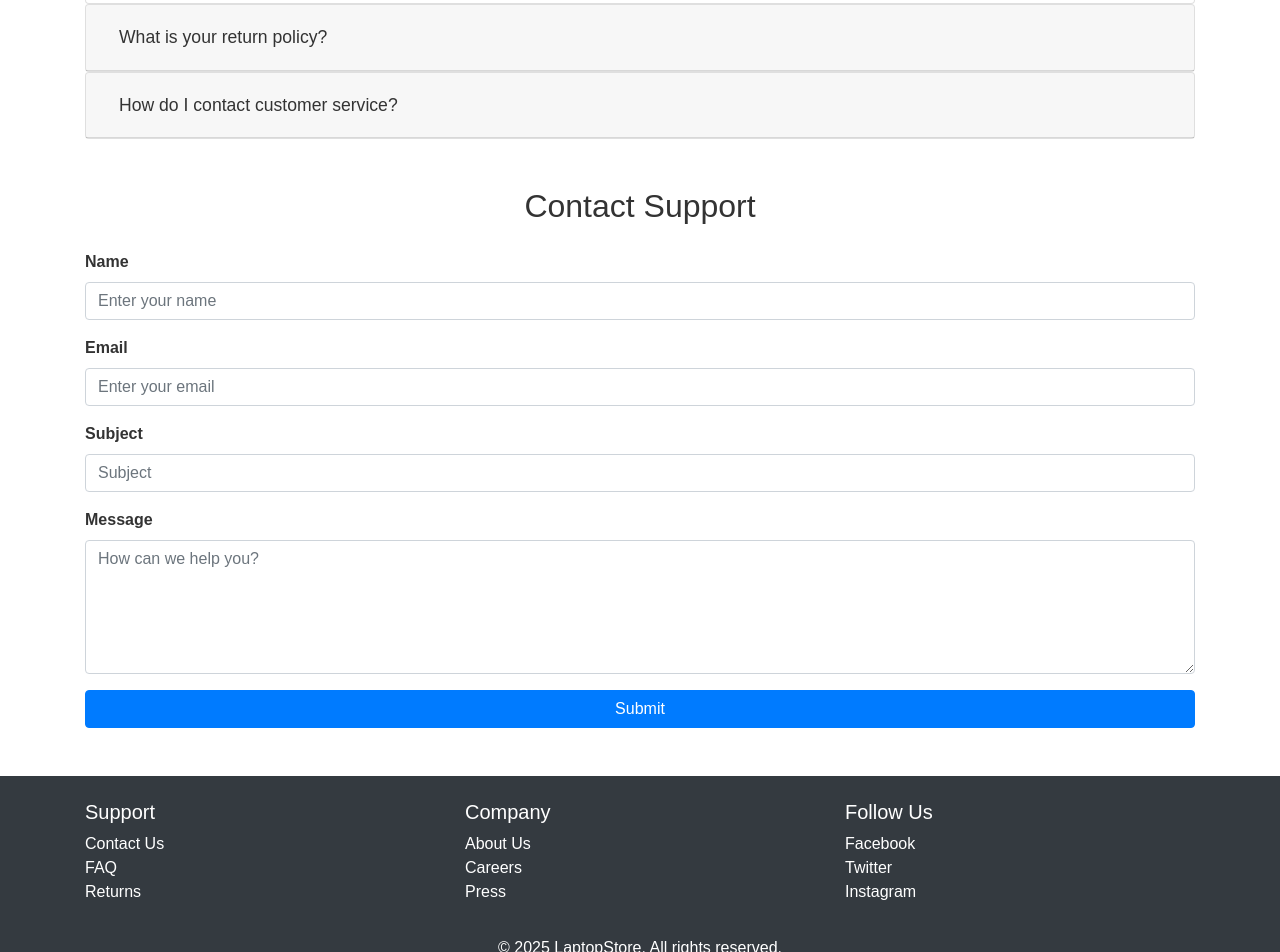
Repository: karim0829/IS218-Django-Laptop-Display
Page: http://localhost/support/
These files come from the project's save history. The page is drawn as it stood at one moment and after a run of saves; the edit follows.
The browser window is 1280 px wide. The pictures show the part of the page from y = 670 to 1622 px (the page is 1654 px tall before and 1214 px after).
Some web libraries are served in a nearby version. The page is served by the project's application, run on Django 5.2 (manage.py). Other server files are loaded and not shown.

Above is the page before, as saved 2025-05-10 11:57:51.

### homepage/templates/homepage/support.html
<!DOCTYPE html>
<html lang="en">
  <head>
    <meta charset="UTF-8" />
    <meta name="viewport" content="width=device-width, initial-scale=1" />
    <title>Support - LaptopStore</title>
    <!-- Bootstrap CSS for layout and components -->
    <link
      rel="stylesheet"
      href="https://maxcdn.bootstrapcdn.com/bootstrap/4.0.0/css/bootstrap.min.css"
    />
    <!-- External CSS -->
    <link rel="stylesheet" href="style/style.css" />
  </head>
  <body>
    <!-- Navigation -->
    <nav class="navbar navbar-expand-lg navbar-light bg-light">
      <a class="navbar-brand" href="index.html">LaptopStore</a>
      <button
        class="navbar-toggler"
        type="button"
        data-toggle="collapse"
        data-target="#navbarNav"
      >
        <span class="navbar-toggler-icon"></span>
      </button>
      <div class="collapse navbar-collapse" id="navbarNav">
        <!-- You may use the same navigation options from your main site -->
        <ul class="navbar-nav mr-auto">
          <li class="nav-item">
            <a class="nav-link" href="HighEndLaptop.html">High End Laptop</a>
          </li>
          <li class="nav-item">
            <a class="nav-link" href="StudioLaptops.html">Studio Laptop</a>
          </li>
          <li class="nav-item">
            <a class="nav-link" href="BudgetLaptops.html">Budget Laptop</a>
          </li>
        <ul class="navbar-nav ml-auto">
          <li class="nav-item active">
            <a class="nav-link" href="support.html">Support</a>
          </li>
        </ul>
      </div>
    </nav>

    <!-- Support Hero Section -->
    <section class="support-hero text-center">
      <div class="support-hero-overlay">
        <div class="container">
          <h1 class="display-4 text-white">Support Center</h1>
          <p class="lead text-white">
            We’re here to help you with your questions and concerns
          </p>
        </div>
      </div>
    </section>

    <!-- FAQ Section -->
    <section class="container my-5">
      <h2 class="text-center mb-4">Frequently Asked Questions</h2>
      <div id="faqAccordion">
        <div class="card">
          <div class="card-header" id="headingOne">
            <h5 class="mb-0">
              <button
                class="btn btn-link"
                data-toggle="collapse"
                data-target="#collapseOne"
                aria-expanded="true"
                aria-controls="collapseOne"
              >
                How do I track my order?
              </button>
            </h5>
          </div>
          <div
            id="collapseOne"
            class="collapse show"
            aria-labelledby="headingOne"
            data-parent="#faqAccordion"
          >
            <div class="card-body">
              You can track your order by visiting the order tracking section on
              our website and entering your order ID.
            </div>
          </div>
        </div>
        <div class="card">
          <div class="card-header" id="headingTwo">
            <h5 class="mb-0">
              <button
                class="btn btn-link collapsed"
                data-toggle="collapse"
                data-target="#collapseTwo"
                aria-expanded="false"
                aria-controls="collapseTwo"
              >
                What is your return policy?
              </button>
            </h5>
          </div>
          <div
            id="collapseTwo"
            class="collapse"
            aria-labelledby="headingTwo"
            data-parent="#faqAccordion"
          >
            <div class="card-body">
              Our return policy allows you to return most items within 30 days
              of purchase. Please check our returns page for more details.
            </div>
          </div>
        </div>
        <div class="card">
          <div class="card-header" id="headingThree">
            <h5 class="mb-0">
              <button
                class="btn btn-link collapsed"
                data-toggle="collapse"
                data-target="#collapseThree"
                aria-expanded="false"
                aria-controls="collapseThree"
              >
                How do I contact customer service?
              </button>
            </h5>
          </div>
          <div
            id="collapseThree"
            class="collapse"
            aria-labelledby="headingThree"
            data-parent="#faqAccordion"
          >
            <div class="card-body">
              You can contact our customer service team via phone, email, or by
              filling out the contact form on this page.
            </div>
          </div>
        </div>
      </div>
    </section>

    <!-- Contact Form Section -->
    <section class="container my-5">
      <h2 class="text-center mb-4">Contact Support</h2>
      <form>
        <div class="form-group">
          <label for="name">Name</label>
          <input
            type="text"
            class="form-control"
            id="name"
            placeholder="Enter your name"
          />
        </div>
        <div class="form-group">
          <label for="email">Email</label>
          <input
            type="email"
            class="form-control"
            id="email"
            placeholder="Enter your email"
          />
        </div>
        <div class="form-group">
          <label for="subject">Subject</label>
          <input
            type="text"
            class="form-control"
            id="subject"
            placeholder="Subject"
          />
        </div>
        <div class="form-group">
          <label for="message">Message</label>
          <textarea
            class="form-control"
            id="message"
            rows="5"
            placeholder="How can we help you?"
          ></textarea>
        </div>
        <button type="submit" class="btn btn-primary btn-block">Submit</button>
      </form>
    </section>

    <!-- Footer -->
    <footer class="bg-dark text-white py-4">
      <div class="container">
        <div class="row">
          <div class="col-md-4">
            <h5>Support</h5>
            <ul class="list-unstyled">
              <li><a href="support.html" class="text-white">Contact Us</a></li>
              <li><a href="support.html" class="text-white">FAQ</a></li>
              <li><a href="support.html" class="text-white">Returns</a></li>
            </ul>
          </div>
          <div class="col-md-4">
            <h5>Company</h5>
            <ul class="list-unstyled">
              <li><a href="AboutUs.html" class="text-white">About Us</a></li>
              <li><a href="#" class="text-white">Careers</a></li>
              <li><a href="#" class="text-white">Press</a></li>
            </ul>
          </div>
          <div class="col-md-4">
            <h5>Follow Us</h5>
            <ul class="list-unstyled">
              <li><a href="#" class="text-white">Facebook</a></li>
              <li><a href="#" class="text-white">Twitter</a></li>
              <li><a href="#" class="text-white">Instagram</a></li>
            </ul>
          </div>
        </div>
        <div class="text-center mt-3">
          &copy; 2025 LaptopStore. All rights reserved.
        </div>
      </div>
    </footer>

    <!-- Bootstrap JS, Popper.js, and jQuery -->
    <script src="https://code.jquery.com/jquery-3.2.1.slim.min.js"></script>
    <script src="https://cdnjs.cloudflare.com/ajax/libs/popper.js/1.12.9/umd/popper.min.js"></script>
    <script src="https://maxcdn.bootstrapcdn.com/bootstrap/4.0.0/js/bootstrap.min.js"></script>
  </body>
</html>

### homepage/views.py
from datetime import datetime
from django.shortcuts import redirect, render
from django.http import HttpResponse
from django.template import loader

from homepage.forms import RegistrationForm

# Create your views here.

def index(request):
    return render(request, "homepage/index.html")

def about(request):
    return render(request, "homepage/about.html")

def contact(request):
    return render(request, "homepage/contact.html")


def support(request):
    return render(request, "homepage/support.html")


#contact
def review_form(request):
    form = RegistrationForm(request.POST or None)

    if request.method == "POST":
        if form.is_valid():
            message = form.save(commit=False)
            message.log_date = datetime.now()
            message.save()
            return redirect("support")

        else:
            return render(request, "homepage/support.html", {"form":form})

    return render(request, "homepage/support.html", {"form":form})

### laptops/urls.py
"""
URL configuration for laptops project.

The `urlpatterns` list routes URLs to views. For more information please see:
    https://docs.djangoproject.com/en/5.2/topics/http/urls/
Examples:
Function views
    1. Add an import:  from my_app import views
    2. Add a URL to urlpatterns:  path('', views.home, name='home')
Class-based views
    1. Add an import:  from other_app.views import Home
    2. Add a URL to urlpatterns:  path('', Home.as_view(), name='home')
Including another URLconf
    1. Import the include() function: from django.urls import include, path
    2. Add a URL to urlpatterns:  path('blog/', include('blog.urls'))
"""
from django.contrib import admin
from django.urls import path
from django.urls import include



urlpatterns = [
    path('admin/', admin.site.urls),
    path('', include('homepage.urls'))
]

### homepage/urls.py
from django.urls import path
from . import views

urlpatterns = [
    path("index/", views.index, name="index"),
    path("about/", views.about, name="about"),
    path("contact/", views.contact, name="contact"),
    path("support/", views.support, name="support"),
    path("feedback/", views.review_form, name="feedback")


]

### homepage/static/homepage/style.css
/* General Styles */
.navbar-nav .nav-item {
  margin-right: 20px;
}

.carousel-item img {
  height: 100%;
  object-fit: cover;
  width: 100%;
  object-position: center top;
}

.carousel-inner img {
  width: 100%;
  height: 450px;
  object-fit: cover;
}

.carousel-item {
  height: 400px;
  background-size: cover;
  background-position: center;
}

.product-card img {
  height: 200px;
  object-fit: cover;
}

/* Footer Styles */
footer a {
  text-decoration: none;
}
/* General Styles */
body {
  font-family: Arial, sans-serif;
  margin: 0;
  background-color: #fff;
  color: #333;
}

/* Navigation Styles */
.navbar {
  background-color: #fff;
  border-bottom: 1px solid #eee;
  padding: 0.8rem 1rem;
}

.navbar-brand {
  font-weight: bold;
  font-size: 1.5rem;
}

.navbar-nav .nav-link {
  margin: 0 10px;
  color: #333;
}

.navbar-nav .nav-link:hover {
  color: #007bff;
}

/* Support Hero Section */
.support-hero {
  background: url("support-hero.jpg") center center/cover no-repeat;
  height: 50vh;
  position: relative;
  display: flex;
  justify-content: center;
  align-items: center;
}

.support-hero-overlay {
  background-color: rgba(0, 0, 0, 0.5);
  width: 100%;
  height: 100%;
  display: flex;
  align-items: center;
}

.support-hero .container {
  position: relative;
  z-index: 2;
  text-align: center;
}

/* FAQ Section Styles */
.card-header button {
  width: 100%;
  text-align: left;
  color: #333;
  font-size: 1.1rem;
}

/* Contact Form */
form .form-group label {
  font-weight: bold;
}

/* Footer Styles */
footer {
  background-color: #343a40;
  color: #fff;
}

footer a {
  text-decoration: none;
}
/* General Styles */
body {
  font-family: Arial, sans-serif;
  margin: 0;
  background-color: #fff;
  color: #333;
}

/* Navigation Styles */
.navbar {
  background-color: #fff;
  border-bottom: 1px solid #eee;
  padding: 0.8rem 1rem;
}

.navbar-brand {
  font-weight: bold;
  font-size: 1.5rem;
}

.navbar-nav .nav-link {
  margin: 0 10px;
  color: #333;
}

.navbar-nav .nav-link:hover {
  color: #007bff;
}

/* About Us Hero Section */
.about-hero {
  background: url("about-hero.jpg") center center/cover no-repeat;
  height: 50vh;
  position: relative;
  display: flex;
  justify-content: center;
  align-items: center;
}

.about-hero-overlay {
  background-color: rgba(0, 0, 0, 0.5);
  width: 100%;
  height: 100%;
  display: flex;
  justify-content: center;
  align-items: center;
}

/* Team Section Styles */
.team-photo {
  width: 150px;
  height: 150px;
  object-fit: cover;
}

/* Footer Styles */
footer {
  background-color: #343a40;
  color: #fff;
  padding: 20px 0;
}

footer a {
  text-decoration: none;
}
/* General Styles */
body {
  font-family: Arial, sans-serif;
  margin: 0;
  background-color: #fff;
  color: #333;
}

/* Navigation Styles */
.navbar {
  background-color: #fff;
  border-bottom: 1px solid #eee;
  padding: 0.8rem 1rem;
}

.navbar-brand {
  font-weight: bold;
  font-size: 1.5rem;
}

.navbar-nav .nav-link {
  margin: 0 10px;
  color: #333;
}

.navbar-nav .nav-link.active,
.navbar-nav .nav-link:hover {
  color: #007bff;
}

/* Product Cards */
.product-card img {
  width: 100%;
  height: 180px;
  object-fit: contain;
  padding: 10%;
  background-color: #fff;
}

/* Footer Styles */
footer {
  background-color: #343a40;
  color: #fff;
}

footer a {
  text-decoration: none;
}

/* Utility Classes */
.text-white {
  color: #fff !important;
}

After the next 4 saves:
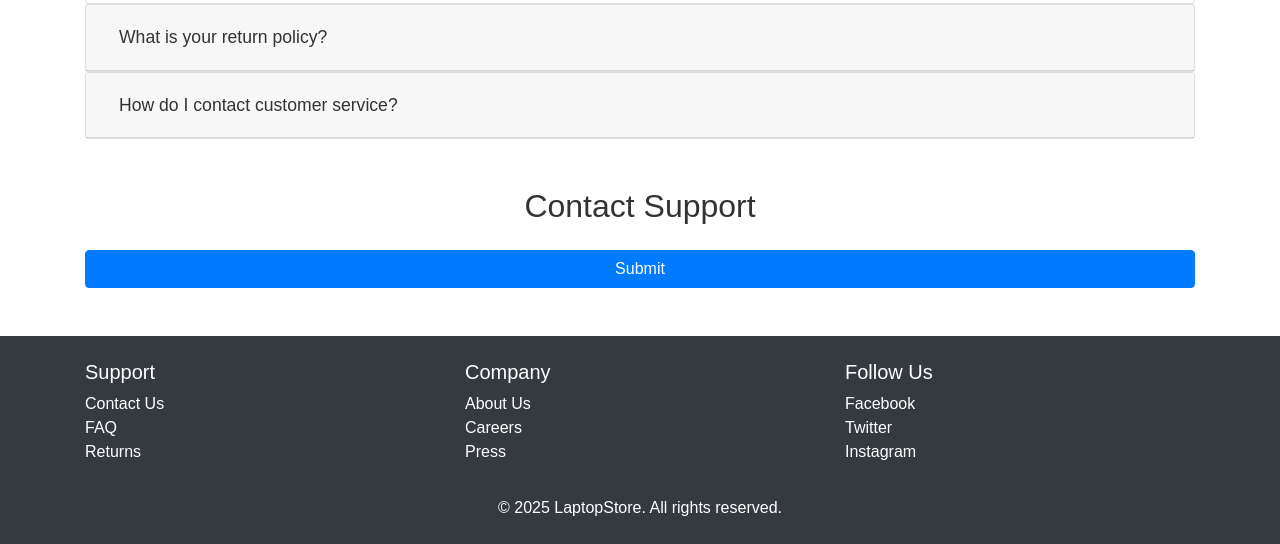
The 4 saves are shown as one change because 3 did not build or start.
The last was saved 3 min 33 s later.
--- a/homepage/templates/homepage/support.html
+++ b/homepage/templates/homepage/support.html
@@ -141,46 +141,18 @@
       </div>
     </section>
 
+
+
+
+
+
     <!-- Contact Form Section -->
     <section class="container my-5">
       <h2 class="text-center mb-4">Contact Support</h2>
-      <form>
-        <div class="form-group">
-          <label for="name">Name</label>
-          <input
-            type="text"
-            class="form-control"
-            id="name"
-            placeholder="Enter your name"
-          />
-        </div>
-        <div class="form-group">
-          <label for="email">Email</label>
-          <input
-            type="email"
-            class="form-control"
-            id="email"
-            placeholder="Enter your email"
-          />
-        </div>
-        <div class="form-group">
-          <label for="subject">Subject</label>
-          <input
-            type="text"
-            class="form-control"
-            id="subject"
-            placeholder="Subject"
-          />
-        </div>
-        <div class="form-group">
-          <label for="message">Message</label>
-          <textarea
-            class="form-control"
-            id="message"
-            rows="5"
-            placeholder="How can we help you?"
-          ></textarea>
-        </div>
+      <form method = "post">
+        {% csrf_token %}
+        {{ form.as_p }}
+
         <button type="submit" class="btn btn-primary btn-block">Submit</button>
       </form>
     </section>

After the 4 saves that followed:
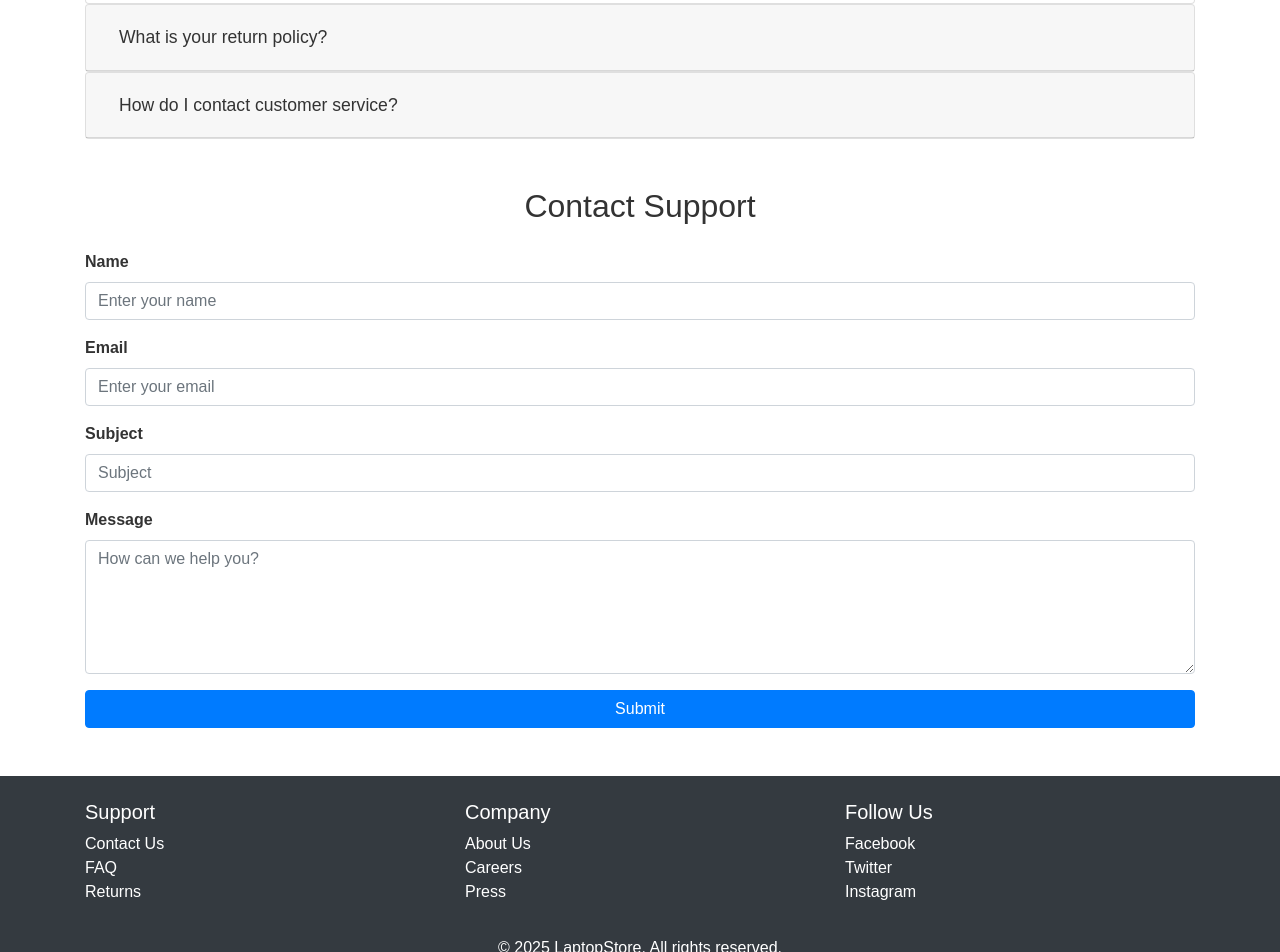
The 4 saves are shown as one change because 1 did not build or start and 1 left the picture as it was and some came seconds apart.
The last was saved 25 s later.
--- a/homepage/templates/homepage/support.html
+++ b/homepage/templates/homepage/support.html
@@ -151,8 +151,43 @@
       <h2 class="text-center mb-4">Contact Support</h2>
       <form method = "post">
         {% csrf_token %}
-        {{ form.as_p }}
-
+
+        <div class="form-group">
+          <label for="name">Name</label>
+          <input
+            type="text"
+            class="form-control"
+            id="name"
+            placeholder="Enter your name"
+          />
+        </div>
+        <div class="form-group">
+          <label for="email">Email</label>
+          <input
+            type="email"
+            class="form-control"
+            id="email"
+            placeholder="Enter your email"
+          />
+        </div>
+        <div class="form-group">
+          <label for="subject">Subject</label>
+          <input
+            type="text"
+            class="form-control"
+            id="subject"
+            placeholder="Subject"
+          />
+        </div>
+        <div class="form-group">
+          <label for="message">Message</label>
+          <textarea
+            class="form-control"
+            id="message"
+            rows="5"
+            placeholder="How can we help you?"
+          ></textarea>
+        </div>
         <button type="submit" class="btn btn-primary btn-block">Submit</button>
       </form>
     </section>
